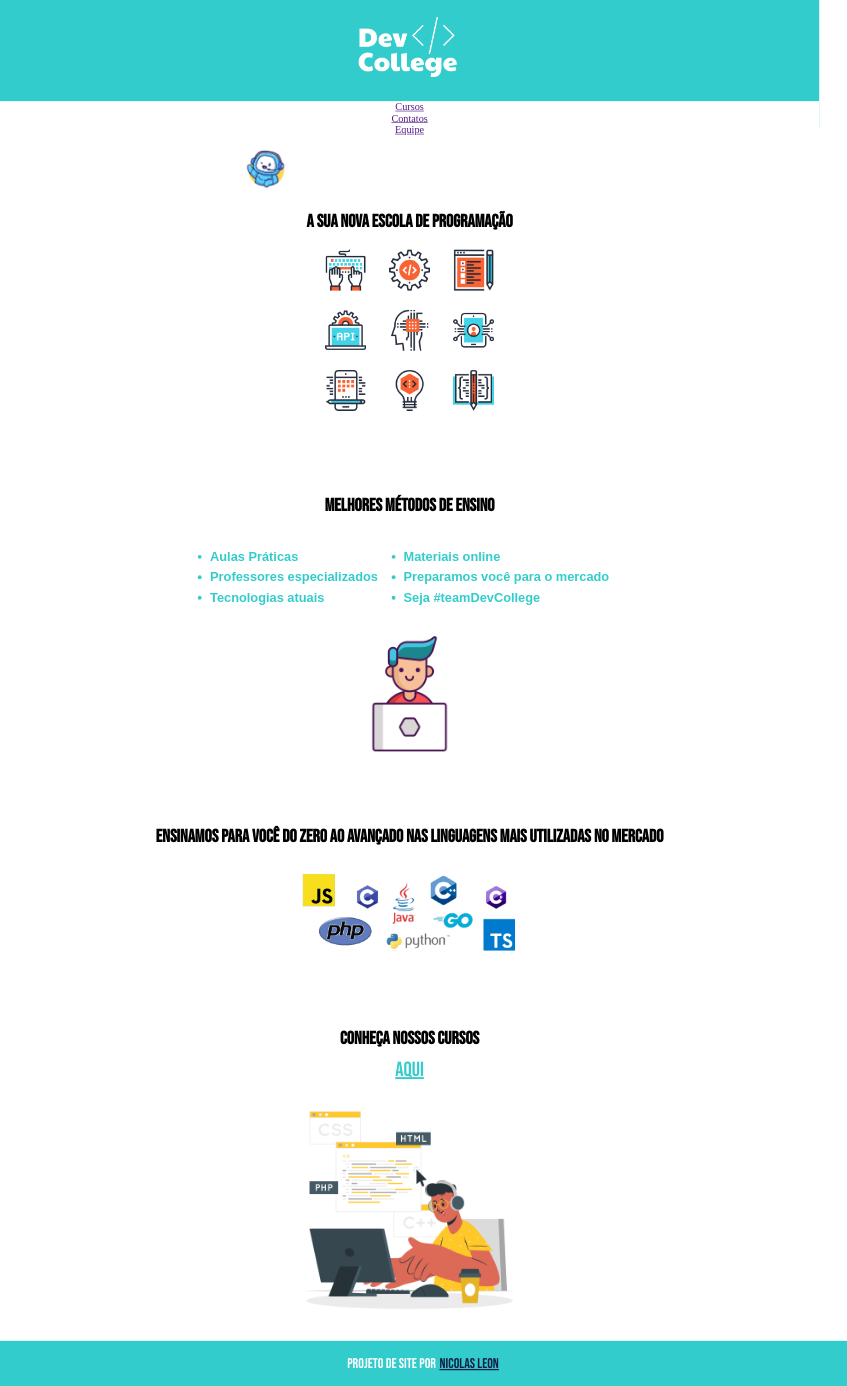
Repository: Leonngc/DEV-COLLEGE
Page: homepage/home.html
The author's editor kept a copy of each file at every save. The page is drawn from the files as they stood at one save, then again after a run of saves.
The browser window is 1280 px wide. The page is 1324 px wide, so the pictures cover 1324 px, including what lies to the right of the window. The pictures show the whole page, at 64% of full size.
Some icons come from a web library that is not loaded, so they are not drawn. Some web fonts or font styles are not loaded; a fallback is used.

Above is the page before, as saved 2023-02-25 16:33:44.

### homepage/home.html
<!DOCTYPE html>
<html lang="pt-br">
<head>
    <meta charset="UTF-8">
    <meta http-equiv="X-UA-Compatible" content="IE=edge">
    <meta name="viewport" content="width=device-width, initial-scale=1.0">
    <link rel='stylesheet' href='https://cdn-uicons.flaticon.com/uicons-bold-straight/css/uicons-bold-straight.css'>
    <link rel="stylesheet" href="home.css">
    <link rel="stylesheet" href="../menu/menu.css">
    <script src="../menu/menu.js" defer></script>
    <link rel="shortcut icon" href="../logos/DEV COLLEGE (2).png" type="image/x-icon">
    <title>Home</title>
</head>
<body>
    <header>
        <div id="logo-container"><img src="../logos/2.png" alt="" id="logo"></div>
        <button id="menu-button">
            <i class="fi fi-bs-menu-burger" id="menu-burguer">
            </i></button>
        <menu>
            <ul id="links-menu">
                <li class="nav-link"><a href="">Cursos</a></li>
                <li class="nav-link"><a href="">Contatos</a></li>
                <li class="nav-link"><a href="">Equipe</a></li>
            </ul>
        </menu>
    </header>

    <main>
        <div id="chatbot-container">
            <button id="call-chatbot"><img src="../images/robot.png" alt="" id="robot-img"></button>
        </div>
        <section>
            <h2>A sua nova escola de programação</h2>
            <img src="../images/linguagens.png" alt="">
        </section>

        <section>
            <h2>Melhores métodos de ensino</h2>

            <div id="skills-container">
                <ul class="skills-course">
                    <li>Aulas Práticas</li>
                    <li>Professores especializados</li>
                    <li>Tecnologias atuais</li>
                </ul>
                <ul class="skills-course">
                    <li>Materiais online</li>
                    <li>Preparamos você para o mercado</li>
                    <li>Seja #teamDevCollege</li>
                </ul>
            </div>
            <div>
                <img src="../images/dev.png" alt="" id="dev-img">
            </div>
        </section>

        <section>
            <h2>Ensinamos para você do zero ao avançado nas linguagens mais utilizadas no mercado</h2>

            <div>
                <img src="../images/Linguagens-de-programacao-1.png" alt="" id="ling-img">
            </div>
        </section>

        <section>
            <h2>Conheça nossos cursos</h2>
            <a href="" id="nav-course">Aqui</a>
            <div>
                <img src="../images/programmer-cuate-3920.webp" alt="" id="programmer-img">
            </div>
        </section>
    </main>


    <footer>
        <p>Projeto de site por <a href="">Nicolas Leon</a></p>
    </footer>
</body>
</html>

### homepage/home.css
@import url("https://fonts.googleapis.com/css2?family= Paytone +One & display=swap");

@font-face {
  font-family: Bebas Neue;
  src: url(../fonts/BebasNeue-Regular.ttf);
}

:root {
  --paytone: "Paytone One", sans-serif;
  --dark-violet: #121d46;
  --pink: #ec518f;
}

* {
  padding: 0;
  margin: 0;
}

body{
 overflow-x: hidden;
 width: 100vw;
  max-width: 100vw;

}

#logo{
  width: 10px;
}

section > h2{
  font-family: Bebas Neue, cursive;
  font-size: 28px;
  padding: 12px;
}

section{
  margin-top: 100px;
  text-align: center;
}

section > img{
  width: 300px;
}

#nav-course{
  font-family: Bebas Neue;
  font-size: 32px;
  color: var(--cyan);
}

footer{
  text-align: center;
  background-color: var(--cyan);
  padding: 22px;
  color: white;
  font-family: Bebas Neue;
  font-size: 22px;
  width: 100vw;
}

footer > p > a{
  padding: 2px;
  color: #121d46;
}



#skills-container{
  display: flex;
  margin: auto;
  padding: 20px;
}

.skills-course{
  padding: 20px;
}

.skills-course > li{
  text-align: left;
  font-size: 20px;
  font-family: var(--paytone);
  font-weight: bold;
  color: var(--cyan);
  margin-bottom: 9px;
}

#dev-img{
  width: 180px;
}

#ling-img{
  margin-top: 25px;
  width: 350px;
}

#robot-img{
  left: 365px;
  width: 100px;
  position: fixed;
}

#programmer-img{
  width: 400px;
}

@media screen and (min-width: 800px){
  p{
    text-align: center;
  }

#skills-container{
  align-items: center;
  justify-content: center;
}

h2{
  font-size: 40px;
}
}

### menu/menu.css
@import url("https://fonts.googleapis.com/css2?family= Paytone +One & display=swap");

@font-face {
  font-family: Bebas Neue;
  src: url(../fonts/BebasNeue-Regular.ttf);
}

:root {
  --paytone: "Paytone One", sans-serif;
  --dark-violet: #121d46;
  --pink: #ec518f;
  --cyan:#33CCCC;
}

*{
    padding: 0;
    margin: 0;
}

header{
    background-color: var(--cyan);
    height: 200px;
    max-width: 100vw;
    width: 100vw;
}

#logo-container{
  text-align: center;
}

#logo{
  margin-top: 20px;
  width: 170px;
}

#menu-button{
  background-color: #33cccc00;
  border: none;
  margin: 15px;
  position: relative;
  left: 410px;
  bottom: 5px;
  font-size: 42px;
  color: white;

}


#links-menu{

  background-color: white;
  position: absolute;
  width: 100vw;
  text-align: center;
  height: 160px;
}

#nav-link{
  padding: 10px;
  list-style: none;
}

#nav-link > a{
  text-decoration: none;
  font-family: Bebas Neue, cursive;
  font-size: 22px;
  color: #121d46;
}

Loaded but not shown: menu/menu.js (no copy from this time; the picture is the same without it)

After the next 2 saves:
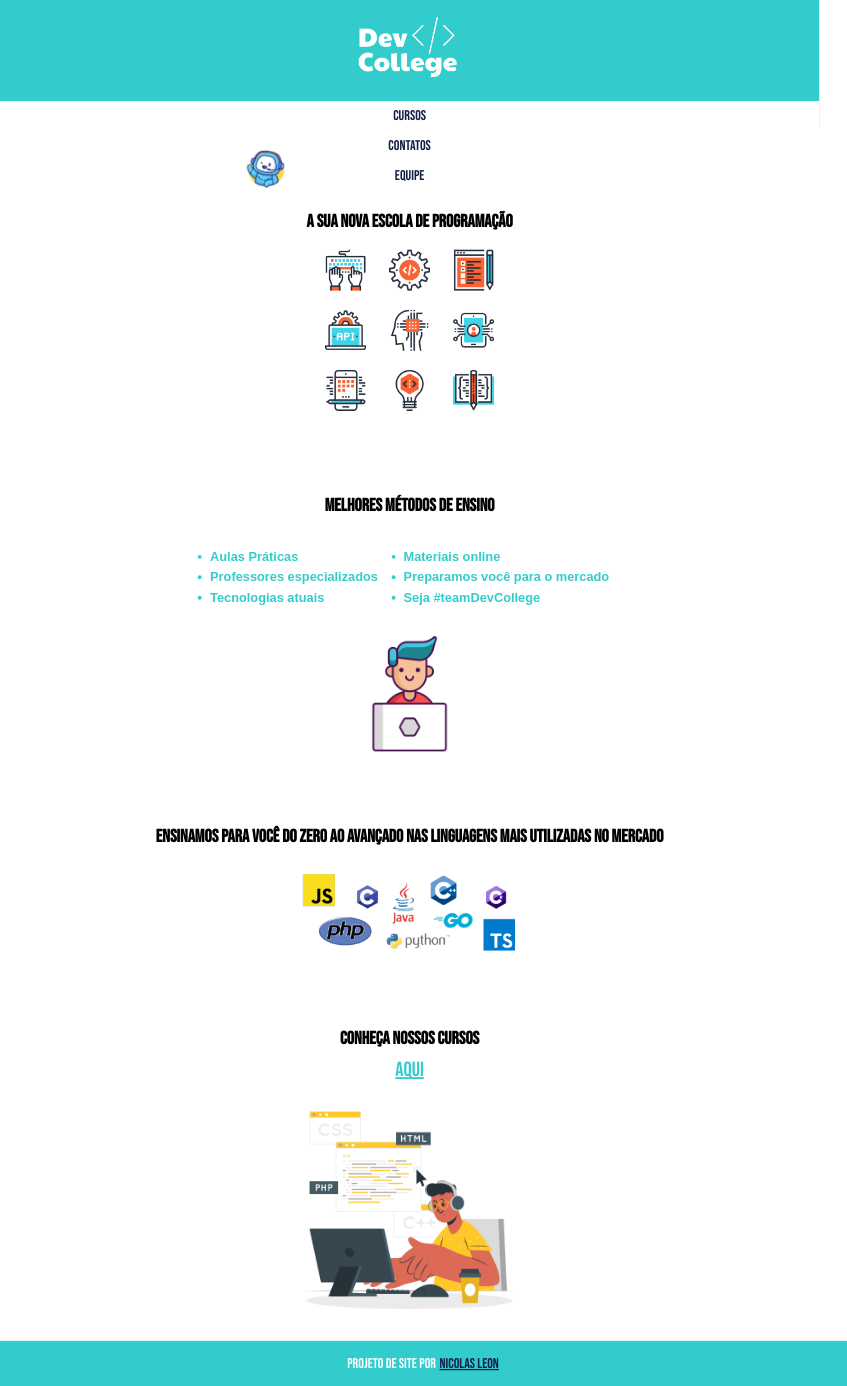
The 2 saves are shown as one change because they came seconds apart.
The last was saved 26 s later.
--- a/menu/menu.css
+++ b/menu/menu.css
@@ -55,12 +55,12 @@
   height: 160px;
 }
 
-#nav-link{
+.nav-link{
   padding: 10px;
   list-style: none;
 }
 
-#nav-link > a{
+.nav-link > a{
   text-decoration: none;
   font-family: Bebas Neue, cursive;
   font-size: 22px;
